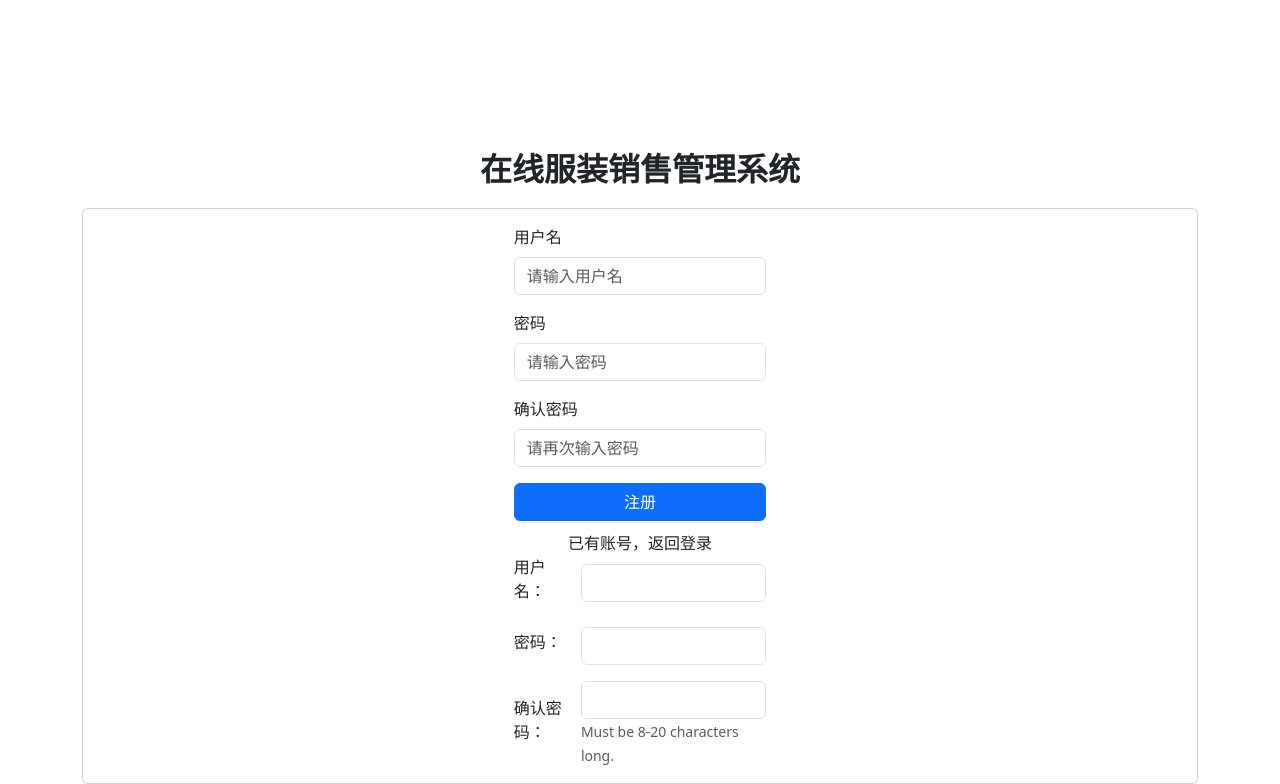
Repository: squawktop/CFS
Page: /user/register (app in web/)
An editor plug-in stored every save of this project. The page is shown before and after the next save, followed by the edit.
The browser window is 1280 px wide. The pictures show the whole page.
The project was rebuilt for these pictures with package versions that can differ from the ones it lists, and the page was loaded fresh each time. Also part of the build but not shown: web/vue.config.js, web/src/views/LoginView.vue, web/src/components/NavBar.vue, web/src/views/HomeView.vue, web/src/views/UsersManageView.vue, web/src/views/PersonalCenterView.vue, web/src/views/GoodsManageView.vue, web/src/views/OrdersManageView.vue and 1 more.

Above is the page before, as saved 2024-03-23 18:31:40.

### web/src/App.vue
<template>
  <RouterView></RouterView>
</template>

<script>


// 导入bootstrap
import "bootstrap/dist/css/bootstrap.min.css"
import "bootstrap/dist/js/bootstrap"
// import { ref } from "vue";

// import $ from 'jquery';
export default {
  components: {

  }
  ,
  setup() {
    // const user_id = ref("");
    // const username = ref("");
    // const password = ref("");

    // $.ajax({
    //   type: "get",
    //   url: "http://127.0.0.1:3000/user/getlist",
    //   success(resp) {
    //     user_id.value = resp[0].id;
    //     username.value = resp[0].username;
    //     password.value = resp[0].password;

    //   },
    //   error() {
    //     this.user_id = "error"
    //   }
    // })




    return {

    }
  }

}

</script>

<style></style>

### web/src/router/index.js
import { createRouter, createWebHistory } from 'vue-router'
// import HomeView from '../views/HomeView.vue'
import LoginView from '../views/LoginView.vue'
import RegisterView from '../views/RegisterView.vue'
import HomeView from '../views/HomeView.vue'
import UsersManageView from '../views/UsersManageView.vue'
import PersonalCenterView from '../views/PersonalCenterView.vue'
import GoodsManageView from '../views/GoodsManageView.vue'
import OrdersManageView from '../views/OrdersManageView.vue'
import NotFound from '../views/NotFoundView.vue'
import store from '@/store/index'

const routes = [
  {
    path: '/',
    name: 'home',
    component: HomeView,
    // redirect: "/user/register",
    meta: { //该页面是否需要授权      //随便写， 也可以设置为   flag : true;
      requestAuth: true,
    }
  },

  {
    path: '/user/login',
    name: 'user_login',
    component: LoginView,
    meta: {
      requestAuth: false,
    }
  },

  {
    path: '/user/register',
    name: 'user_register',
    component: RegisterView,
    meta: { //该页面是否需要授权
      requestAuth: false,
    }
  },
  {
    path: '/user/personalcenter',
    name: 'personal_center',
    component: PersonalCenterView,
    meta: { //该页面是否需要授权
      requestAuth: true,
    }
  },

  {
    path: '/user/usermanage',
    name: 'user_manage',
    component: UsersManageView,
    meta: { //该页面是否需要授权
      requestAuth: true,
    }
  }
  ,
  {
    path: '/goods/manage',
    name: 'goods_manage',
    component: GoodsManageView,
    meta: { //该页面是否需要授权
      requestAuth: true,
    }
  }, {
    path: '/orders/manage',
    name: 'orders_manage',
    component: OrdersManageView,
    meta: { //该页面是否需要授权
      requestAuth: true,
    }
  },


  {
    path: "/404/",
    name: "404",
    component: NotFound
  },
  {
    path: "/:catchAll(.*)",
    redirect: "/404/",  //页面重定向到404
  }
]

const router = createRouter({
  history: createWebHistory(),
  routes
})

router.beforeEach((to, from, next) => {
  if (to.meta.requestAuth && !store.state.user.is_login) {
    next({ name: "user_login" });
  } else {
    next();
  }
})

export default router

### web/src/store/index.js
import { createStore } from 'vuex'
import ModuleUser from '@/store/user'

export default createStore({
  state: {
  },
  getters: {
  },
  mutations: {
  },
  actions: {
  },
  modules: {
    user: ModuleUser,
  }
})

### web/src/views/RegisterView.vue
<template>
    <div class="background">
        <h2>在线服装销售管理系统</h2>
        <ContentField>
            <div class="row justify-content-md-center">
                <div class="col-3">
                    <form @submit.prevent="register">
                        <div class="mb-3">
                            <label for="username" class="form-label">用户名</label>
                            <input v-model="username" type="text" class="form-control" id="username"
                                placeholder="请输入用户名" />
                        </div>
                        <div class="mb-3">
                            <label for="password" class="form-label">密码</label>
                            <input v-model="password" type="password" class="form-control" id="password"
                                placeholder="请输入密码" />
                        </div>
                        <div class="mb-3">
                            <label for="confirmedPassword" class="form-label">确认密码</label>
                            <input v-model="confirmedPassword" type="password" class="form-control"
                                id="confirmedPassword" placeholder="请再次输入密码" />
                        </div>
                        <div class="error-message">{{ error_message }} </div>
                        <button type="submit" class="btn btn-primary">注册</button>
                        <div class="tip" @click="loginview">已有账号，返回登录</div>




                        <div class="row g-3 align-items-center">
                            <div class="col-sm-3">
                                <label for="username" class="form-label">用户名：</label>
                            </div>
                            <div class="col-sm-9">
                                <input type="text" id="username" class="form-control">
                            </div>

                            <div class="col-sm-3">
                                <label for="password" class="form-label">密码：</label>
                            </div>
                            <div class="col-sm-9">
                                <input type="password" id="password" class="form-control">
                            </div>

                            <div class="col-sm-3">
                                <label for="confirmedPassword" class="form-label">确认密码：</label>
                            </div>
                            <div class="col-sm-9">
                                <input type="password" id="confirmedPassword" class="form-control">
                                <span id="passwordHelpInline" class="form-text text-muted">
                                    Must be 8-20 characters long.
                                </span>
                            </div>
                        </div>



                    </form>
                </div>
            </div>
        </ContentField>
    </div>

</template>

<script>
import ContentField from "@/components/ContentField.vue";
import { ElMessage } from 'element-plus'
import { ref } from 'vue'
import router from "@/router/index";
import $ from 'jquery'

export default {
    components: {
        ContentField,
    },
    setup() {
        let username = ref('');
        let password = ref('');
        let confirmedPassword = ref('');
        let error_message = ref('');

        const register = () => {
            $.ajax({
                url: "http://127.0.0.1:3000/api/user/account/register/",
                type: "post",
                data: {
                    username: username.value,
                    password: password.value,
                    confirmedPassword: confirmedPassword.value,
                },
                success(resp) {
                    if (resp.error_message === 'success') {
                        ElMessage.success("注册成功，请登录");
                        router.push({ name: "user_login" });
                    } else {
                        error_message.value = resp.error_message;
                    }
                }
            })
        }

        const loginview = () => {
            router.push({ name: "user_login" });
        }

        return {
            username,
            password,
            confirmedPassword,
            error_message,
            register,
            loginview,
        }
    }
};
</script>

<style scoped>
h2 {

    text-align: center;
    margin-top: 150px;
    font-weight: bold;
}

button {
    width: 100%;
}

div.error-message {
    color: red;
}

.tip {
    cursor: pointer;
    text-align: center;
    margin-top: 10px;

}

.tip:hover {
    text-decoration: underline;
}
</style>

### web/src/store/user.js
import router from '@/router';
import $ from 'jquery'
export default {
    state: {
        id: "",
        username: "",
        photo: "",
        token: "",
        is_login: false,
        pulling_info: true,
    },
    getters: {
    },
    mutations: {        //一般是用来修改数据的
        updateUser(state, user) {
            state.id = user.id;
            state.username = user.username;
            state.photo = user.photo;
            state.is_login = user.is_login;
        },
        updateToken(state, token) {
            state.token = token;
        },
        logout(state) {
            state.id = "";
            state.username = "";
            state.photo = "";
            state.token = "";
            state.is_login = false;
            router.push({ name: "user_login" });
        },
        updatePullingInfo(state, pulling_info) {
            state.pulling_info = pulling_info;
        },
    },

    actions: {

        login(context, data) {
            $.ajax({
                url: "http://127.0.0.1:3000/api/user/account/token/",
                type: "post",
                data: {
                    username: data.username,
                    password: data.password,
                },
                success(resp) {
                    if (resp.error_message === "success") {
                        localStorage.setItem("jwt_token", resp.token);
                        context.commit("updateToken", resp.token);
                        data.success(resp);
                    } else {
                        data.error(resp);
                    }
                },
                error(resp) {
                    data.error(resp)
                },
            });
        },
        getinfo(context, data) {
            $.ajax({
                url: "http://127.0.0.1:3000/api/user/account/info/",
                type: "get",
                headers: {
                    Authorization:
                        "Bearer " + context.state.token,
                },
                success(resp) {
                    if (resp.error_message === "success") {
                        // console.log(resp);
                        context.commit("updateUser", {
                            ...resp,
                            is_login: true,

                        });
                        data.success(resp);
                    } else {
                        data.success(resp);
                    }

                },
                error(resp) {
                    data.error(resp);
                },
            });

        },
        logout(context) {
            localStorage.removeItem("jwt_token");
            context.commit("logout")
        }
    },
    modules: {
    }
}

### web/src/components/ContentField.vue
<template>
    <div class="container content-field">
        <div class="card">
            <div class="card-body">
                <slot></slot>
            </div>
        </div>
    </div>
</template>

<script>
</script>

<style scoped>
div.content-field {
    margin-top: 20px;
}
</style>

Loaded but not shown: web/public/index.html (common file); web/src/main.js (common file)

After the next save:
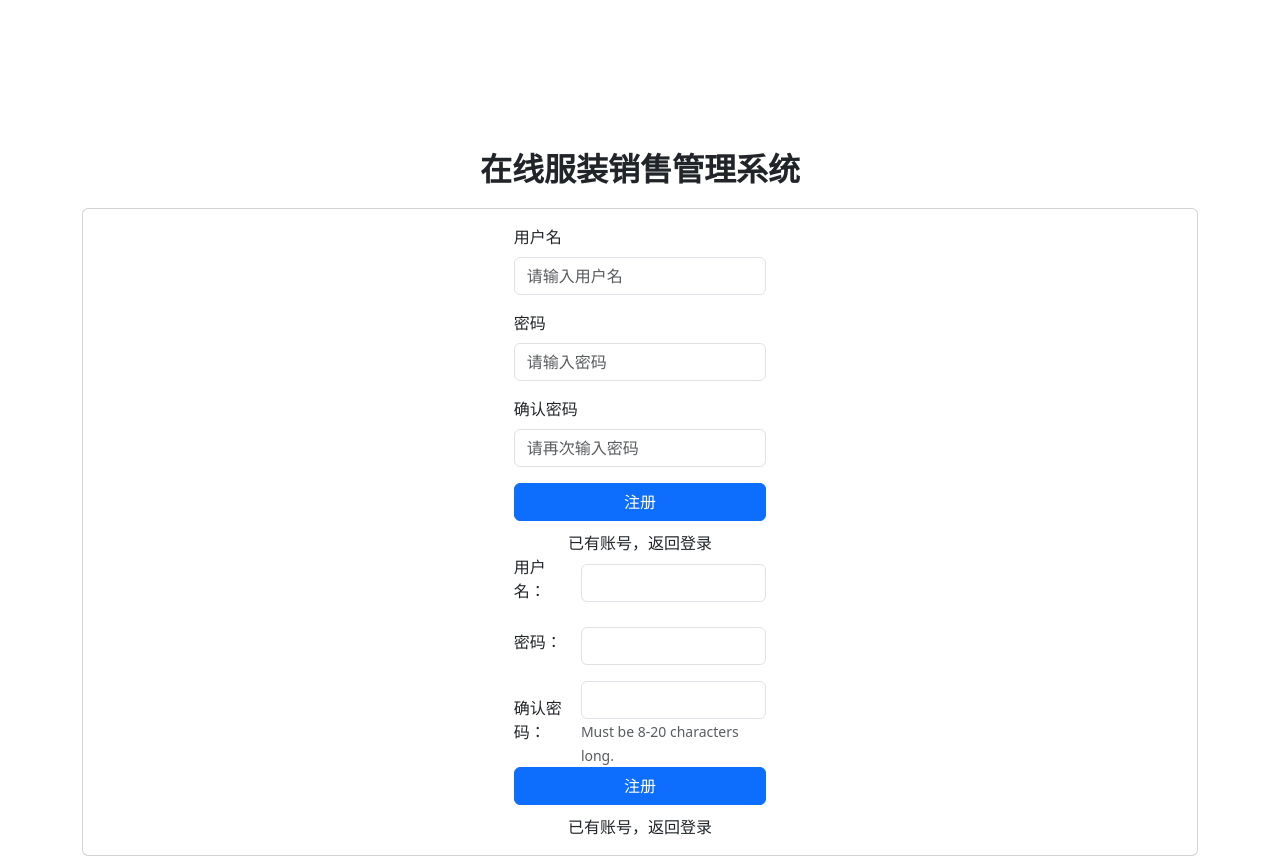
Saved 32 s later.
--- a/web/src/views/RegisterView.vue
+++ b/web/src/views/RegisterView.vue
@@ -52,6 +52,9 @@
                                 </span>
                             </div>
                         </div>
+
+                        <button type="submit" class="btn btn-primary">注册</button>
+                        <div class="tip" @click="loginview">已有账号，返回登录</div>
 
 
 
